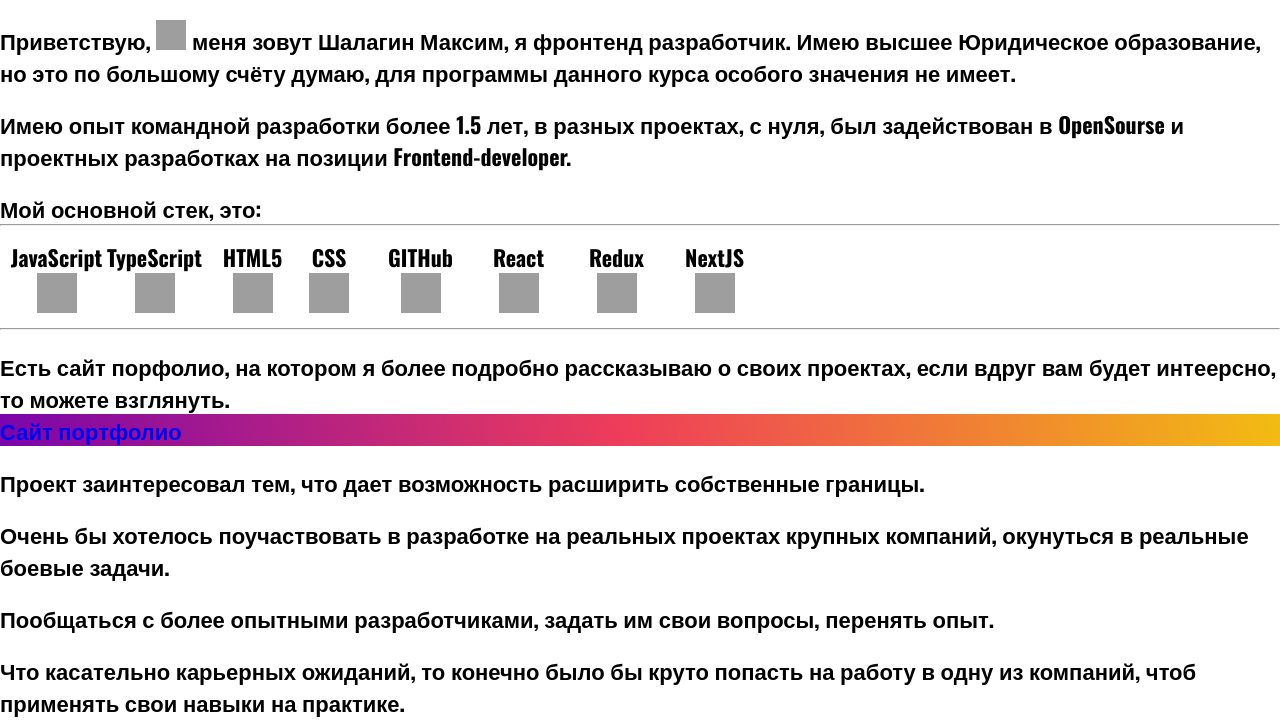
Repository: ni4egonepridumal/letter
Page: index.html
These files come from the project's save history. The page is drawn as it stood at one moment and after the next save; the edit follows.
The browser window is 1280 px wide. The pictures show the whole page.
Pictures or frames that could not be fetched are drawn as grey boxes.

Above is the page before, as saved 2024-01-18 17:46:39.

After the next save:
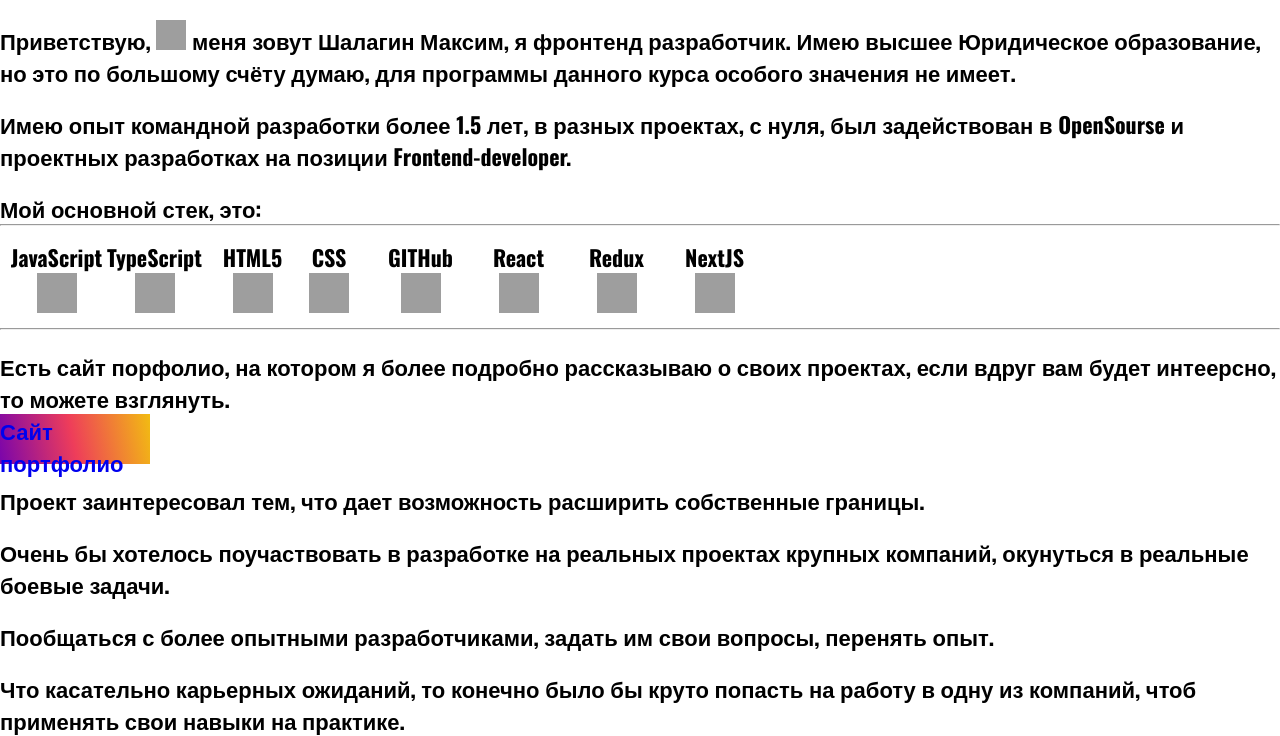
Saved 28 s later.
--- a/style.css
+++ b/style.css
@@ -35,6 +35,8 @@ p {
   flex-wrap: wrap;
 }
 .inner_href {
+  width: 150px;
+  height: 50px;
   background: linear-gradient(
     78.55deg,
     #7a05ab 0%,
